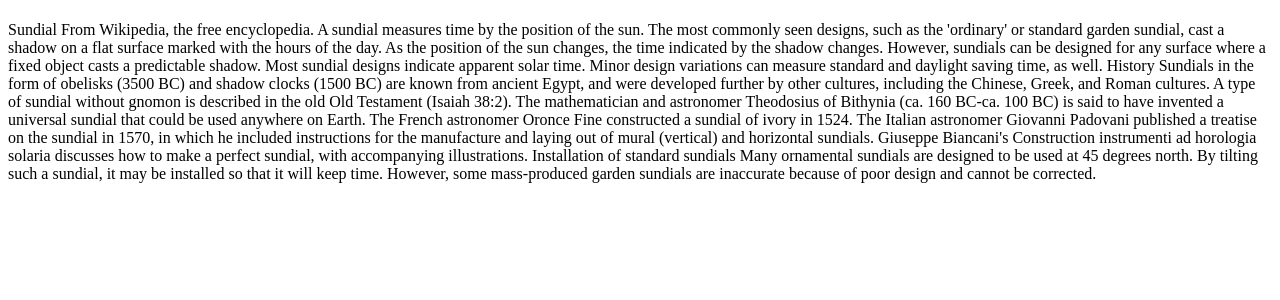
Repository: 9-5-pursuit/lab-intro-to-html
Page: sundial.html
An editor plug-in stored every save of this project. The page is shown before and after a run of saves, followed by the edit.
The browser window is 1280 px wide. The pictures show the whole page.

Above is the page before, as saved 2023-02-27 14:59:22.

After the next 2 saves:
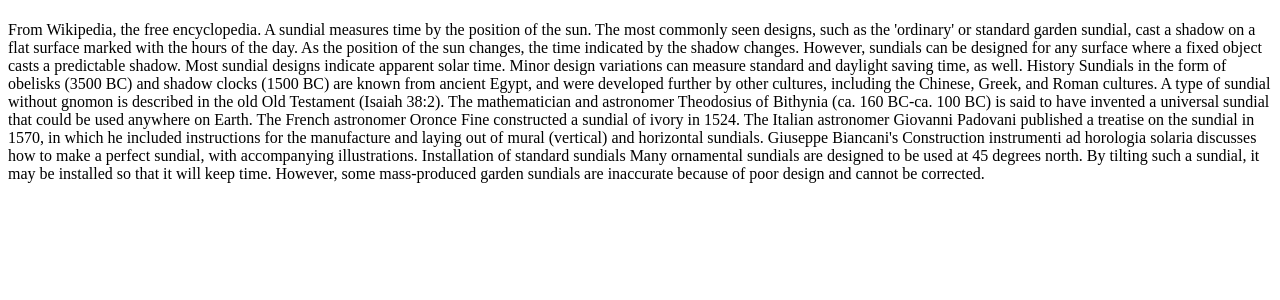
The 2 saves are shown as one change because they came seconds apart.
The last was saved 7 s later.
--- a/sundial.html
+++ b/sundial.html
@@ -8,7 +8,7 @@
   </head>
   <body>
     <!-- outer-wrapper start -->
-    <h1></h1>Sundial From Wikipedia, the free encyclopedia. A sundial measures time by
+    <h1></h1>From Wikipedia, the free encyclopedia. A sundial measures time by
     the position of the sun. The most commonly seen designs, such as the
     'ordinary' or standard garden sundial, cast a shadow on a flat surface
     marked with the hours of the day. As the position of the sun changes, the
